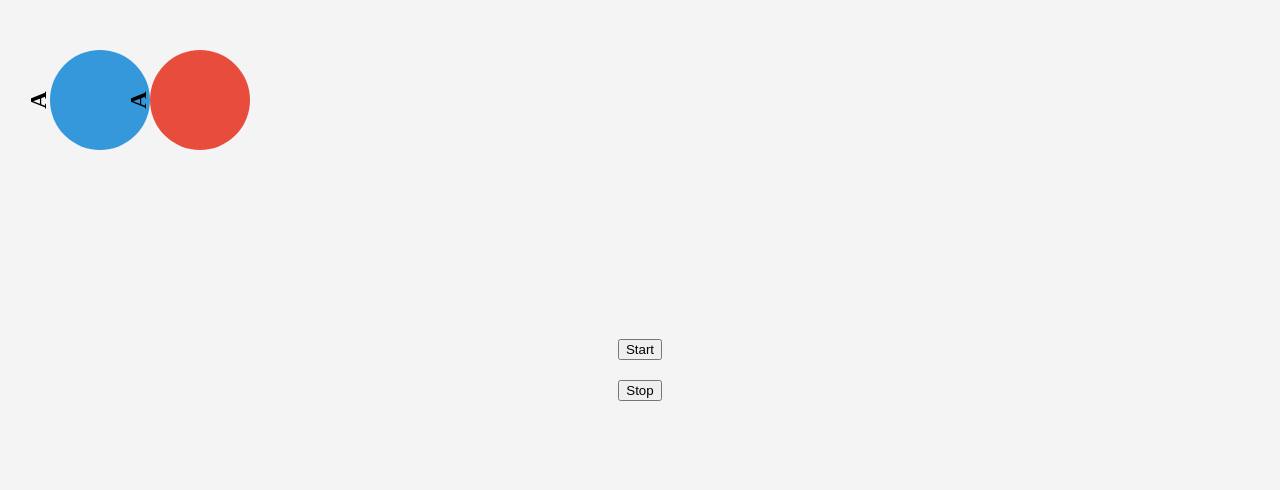
Repository: boshi-an/Isorhythm
Page: .vscode/Isorhythm/index.html
These files come from the project's save history. The page is drawn as it stood at one moment and after the next save; the edit follows.
The browser window is 1280 px wide. The pictures show the whole page.

Above is the page before, as saved 2023-10-18 17:40:01.

### .vscode/Isorhythm/index.html
<!DOCTYPE html>
<html lang="en">

<head>
    <meta charset="UTF-8">
    <meta name="viewport" content="width=device-width, initial-scale=1.0">
    <title>Rotating Circles</title>
    <link rel="stylesheet" href="styles.css">
</head>

<body>
    <div class="circleContainer">
        <div class="circle" id="circle1">
            <div class="letter">A</div>
        </div>
        <div class="circle" id="circle2">
            <div class="letter">A</div>
        </div>
    </div>
    <button id="startBtn">Start</button>
    <button id="stopBtn">Stop</button>
    <script src="script.js"></script>
</body>

</html>

### .vscode/Isorhythm/styles.css
body {
    position: relative;
    display: flex;
    justify-content: center;
    align-items: center;
    flex-direction: column;
    height: 100vh;
    background-color: #f4f4f4;
    overflow: hidden;
    margin: 0;
    gap: 20px;
}


.triangle {
    width: 0;
    height: 0;
    border-left: 50px solid transparent;
    border-right: 50px solid transparent;
    border-bottom: 87px solid #3498db;
    will-change: transform;
    transform-origin: 50% 50%;
}

.circle {
    width: 100px;
    height: 100px;
    border-radius: 50%;
    will-change: transform;
    transform-origin: 50% 50%;

    position: absolute;
    display: flex;
    align-items: center;
    justify-content: center;
}

.letter {
    position: absolute;
    font-size: 1.5em;
    /* Adjust as needed */
    font-weight: bold;
    /* Adjust as needed */
    transform: translateY(-50%) rotate(-90deg);
    /* Adjust as needed */
    top: 50%;
    left: -20px;
    /* Adjust as needed to place the letter to the left side of the circle */
}

#triangle1 {
    border-bottom: 87px solid #3498db;
    /* background-color: #3498db; */
}

#triangle2 {
    border-bottom: 87px solid #e74c3c;
    /* background-color: #e74c3c; */
}

#circle1 {
    background-color: #3498db;
    top: 50px;
    /* Adjust these values */
    left: 50px;
}

#circle2 {
    background-color: #e74c3c;
    top: 50px;
    /* Adjust these values */
    left: 150px;
}

### .vscode/Isorhythm/script.js
let angle1 = 0;
let angle2 = 0;
let animationId1;
let animationId2;

function rotateCircle1() {
    const circle1 = document.getElementById('circle1');
    angle1 = (angle1 + 2) % 360;
    circle1.style.transform = `rotate(${angle1}deg)`;
    animationId1 = requestAnimationFrame(rotateCircle1);
}

function rotateCircle2() {
    const circle2 = document.getElementById('circle2');
    angle2 = (angle2 - 2) % 360;
    circle2.style.transform = `rotate(${angle2}deg)`;
    animationId2 = requestAnimationFrame(rotateCircle2);
}

document.getElementById('startBtn').addEventListener('click', () => {
    cancelAnimationFrame(animationId1);
    cancelAnimationFrame(animationId2);
    rotateCircle1();
    rotateCircle2();
});

document.getElementById('stopBtn').addEventListener('click', () => {
    cancelAnimationFrame(animationId1);
    cancelAnimationFrame(animationId2);
});

After the next save:
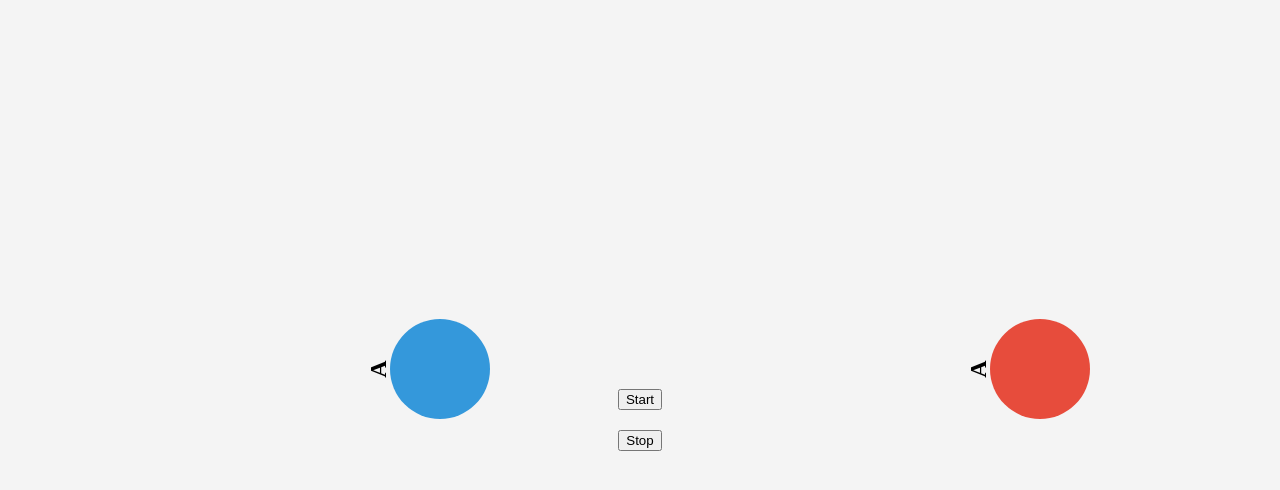
Saved 29 s later.
--- a/.vscode/Isorhythm/styles.css
+++ b/.vscode/Isorhythm/styles.css
@@ -11,6 +11,31 @@ body {
     gap: 20px;
 }
 
+.circleContainer {
+    display: flex;
+    /* Use Flexbox */
+    align-items: center;
+    /* Vertically align the circles in the container */
+    justify-content: space-between;
+    /* Put maximum space between the circles */
+    width: 80%;
+    /* You can adjust this value as needed */
+    max-width: 600px;
+    /* Optional: to prevent the circles from getting too far apart on large screens */
+}
+
+.uiContainer {
+    display: flex;
+    /* Use Flexbox */
+    align-items: center;
+    /* Vertically align the circles in the container */
+    justify-content: space-between;
+    /* Put maximum space between the circles */
+    width: 80%;
+    /* You can adjust this value as needed */
+    max-width: 600px;
+    /* Optional: to prevent the circles from getting too far apart on large screens */
+}
 
 .triangle {
     width: 0;
@@ -23,13 +48,14 @@ body {
 }
 
 .circle {
+    margin: 0;
     width: 100px;
     height: 100px;
     border-radius: 50%;
     will-change: transform;
     transform-origin: 50% 50%;
 
-    position: absolute;
+    position: relative;
     display: flex;
     align-items: center;
     justify-content: center;
